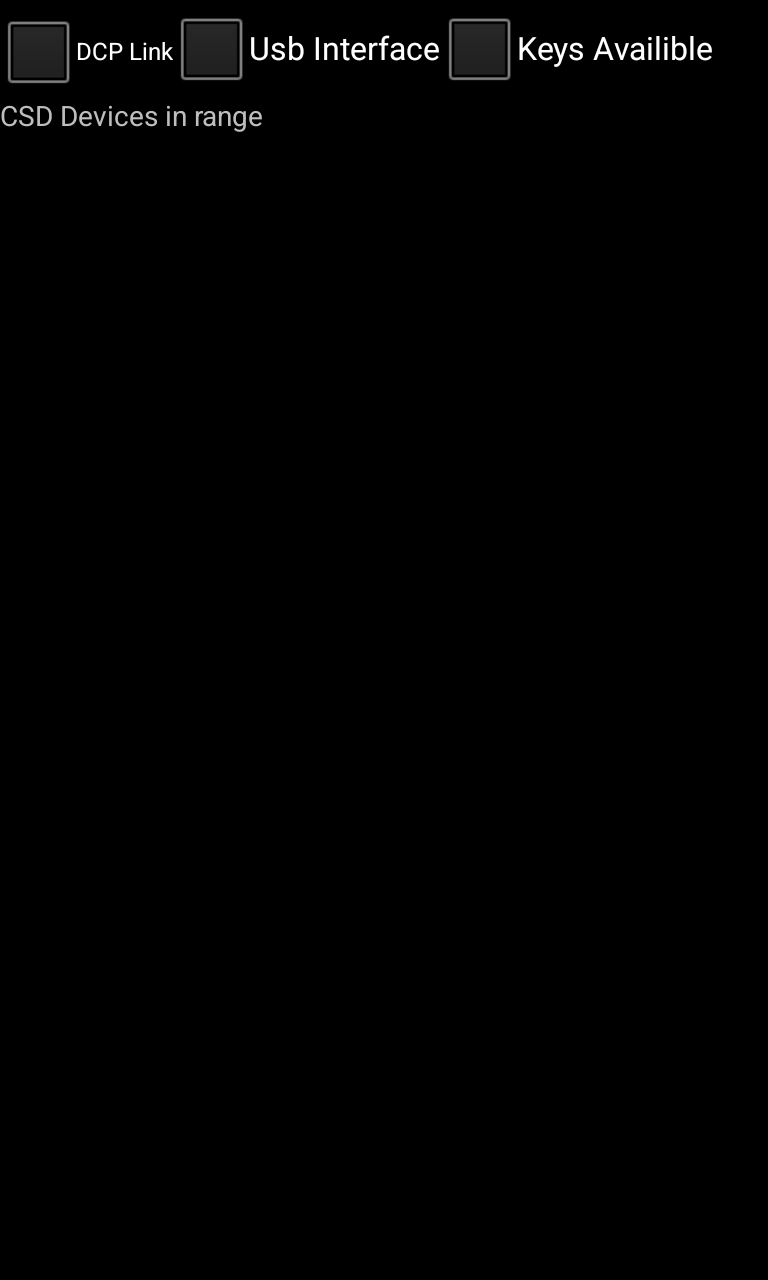
Repository: sergioenriquez/CSTE
Layout: HNAD/res/layout/devicelist.xml
These files come from the project's save history. The layout is drawn as it stood at one moment and after the next save; the edit follows.
It is drawn on a 768 x 1280 px phone screen (xhdpi) without system bars, with theme android:Theme.NoTitleBar; the app's code is not run. Lists and similar views that code fills are empty.

Above is the layout before, as saved 2011-12-18 03:33:04.

### HNAD/res/layout/devicelist.xml
<?xml version="1.0" encoding="utf-8"?>
<LinearLayout
    xmlns:android="http://schemas.android.com/apk/res/android"
    android:orientation="vertical"
    android:layout_width="fill_parent"
    android:layout_height="fill_parent">
    <LinearLayout
        android:orientation="horizontal"
        android:layout_width="match_parent"
        android:layout_height="wrap_content">
        <CheckBox
	        android:id="@+id/dcplink"
	        android:text="DCP Link"
	        android:textSize="12"
	        android:layout_width="wrap_content"
			android:layout_height="wrap_content"/>
        <CheckBox
	        android:id="@+id/usblink"
	        android:text="Usb Interface"
	        android:layout_width="wrap_content"
			android:layout_height="wrap_content"/>
        <CheckBox
	        android:id="@+id/keysavalible"
	        android:text="Keys Availible"
	        android:layout_width="wrap_content"
			android:layout_height="wrap_content"/>
	</LinearLayout>
	<TextView
	    android:layout_width="fill_parent"
	    android:layout_height="wrap_content"
	    android:text="CSD Devices in range"/>
	<ListView
        android:id="@+id/devicesList"
        android:layout_width="match_parent"
        android:layout_height="match_parent" />
</LinearLayout>

After the next save:
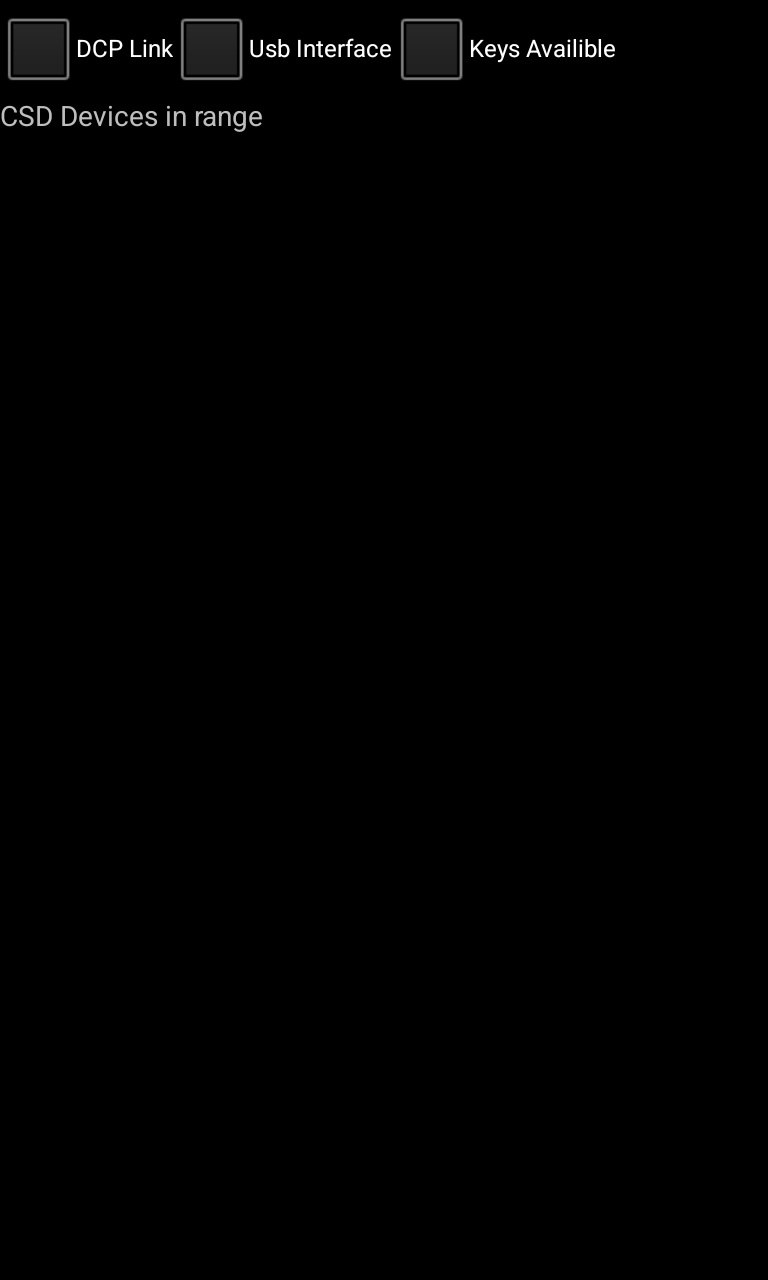
Saved 5 s later.
--- a/HNAD/res/layout/devicelist.xml
+++ b/HNAD/res/layout/devicelist.xml
@@ -17,11 +17,13 @@
         <CheckBox
 	        android:id="@+id/usblink"
 	        android:text="Usb Interface"
+	        android:textSize="12"
 	        android:layout_width="wrap_content"
 			android:layout_height="wrap_content"/>
         <CheckBox
 	        android:id="@+id/keysavalible"
 	        android:text="Keys Availible"
+	        android:textSize="12"
 	        android:layout_width="wrap_content"
 			android:layout_height="wrap_content"/>
 	</LinearLayout>
